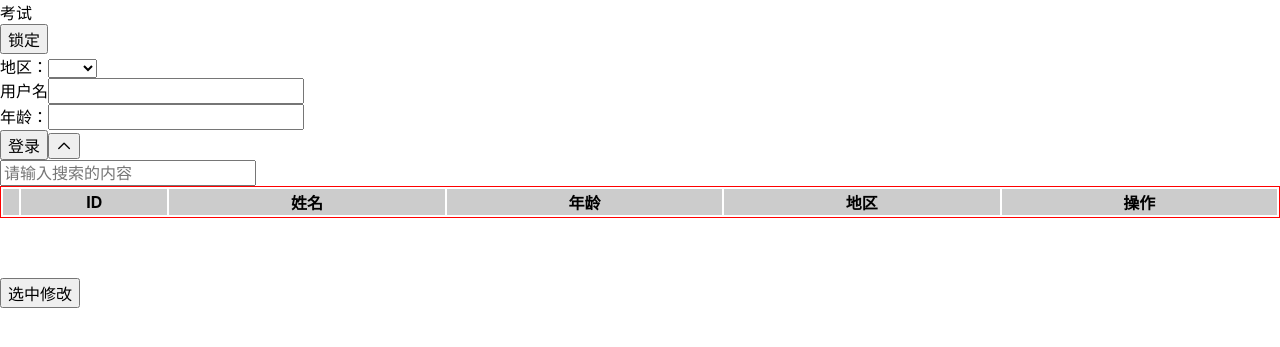
Repository: Sjl-2114/2006z
Page: / (app in A卷/vue-kaoshi/)
These files come from the project's save history. The page is drawn as it stood at one moment and after the next save; the edit follows.
The browser window is 1280 px wide. The pictures show the whole page.
The project was rebuilt for these pictures with package versions that can differ from the ones it lists, and the page was loaded fresh each time.

Above is the page before, as saved 2021-04-28 19:06:03.

### A卷/vue-kaoshi/src/main.js
import Vue from 'vue'
import App from './App.vue'

Vue.config.productionTip = false

import Vant from 'vant';
import 'vant/lib/index.css';

Vue.use(Vant);
new Vue({
  render: h => h(App),
}).$mount('#app')

### A卷/vue-kaoshi/src/App.vue
<template>
  <div>
    考试
    <br />
    <button @click="suo">{{ das }}</button>
    <br />
    <span>地区：</span>
    <select v-model="ss">
      <option
        :value="item.name"
        v-for="(item, index) in list"
        :disabled="isT"
        :key="index"
      >
        {{ item.name }}
      </option>
    </select>
    <br />
    <span>用户名</span>
    <input type="text" v-model="username" :disabled="isT" />
    <br />
    <span>年龄：</span>
    <input type="number" v-model="age" :disabled="isT" />
    <br />
    <button @click="abb" v-if="isShow" :disabled="isT">登录</button>
    <button v-else @click="xiu" :disabled="isT">修改</button>
    <button @click="pai">
      <van-icon name="arrow-up" v-if="is"></van-icon>
      <van-icon name="arrow-down" v-else></van-icon>
    </button>
    <br />
    <input type="text" v-model="keyword" placeholder="请输入搜索的内容" />
    <br />
    <table style="width: 100%" class="table">
      <thead>
        <tr>
          <th></th>
          <th>ID</th>
          <th>姓名</th>
          <th>年龄


          </th>
          <th>地区</th>
          <th>操作</th>
        </tr>
      </thead>
      <tbody>
        <tr
          v-for="(item, index) in lists"
          :key="index"
          :class="{ backcolor: index % 2 }"
        >
          <td>
            <input
              type="checkbox"
              :value="index"
              v-model="checked"
              :disabled="isT"
            />
          </td>
          <td>{{ item.id }}</td>
          <td>{{ item.username }}</td>
          <td>{{ item.age }}</td>
          <td>{{ item.ss }}</td>
          <td>
            <button @click="gai(index)" :disabled="isT">修改</button>
            <button @click="del(index)" :disabled="isT">删除</button>
          </td>
        </tr>
      </tbody>
    </table>
    <br />
    <br />
    <br />
    <div>
      <button @click="xuan" :disabled="isT">选中修改</button>
    </div>
  </div>
</template>
<script>
import data from "../public/data.json";
export default {
  data() {
    return {
      keyword: "",
      das: "锁定",
      list: data.data,
      username: "",
      age: "",
      isShow: true,
      goods: [],
      num: 1,
      ss: "",
      time: 4,
      userIndex: "",
      checked: [],
      isT: false,
      is: 2,
    };
  },
  methods: {
    abb() {
      let obj = {
        username: this.username,
        age: this.age,
        isShow: this.isShow,
        id: this.num++,
        ss: this.ss,
      };

      this.goods.push(obj);
      this.username = "";
      this.age = "";
      this.ss = "";
    },
    del(index) {
      this.goods.splice(index, 1);
    },
    gai(index) {
      let data = this.goods[index];

      this.isShow = false;
      this.username = data.username;
      this.age = data.age;
      this.ss = data.ss;
      this.userIndex = index;
    },
    xiu() {
      console.log(this.goods[this.userIndex]);
      this.goods[this.userIndex].username = this.username;
      this.goods[this.userIndex].age = this.age;
      this.goods[this.userIndex].ss = this.ss;
      this.isShow = true;
      this.username = "";
      this.age = "";
      this.ss = "";
    },
    xuan() {
      this.checked
        .sort((a, b) => {
          return b - a;
        })
        .forEach((item) => {
          this.goods.splice(item, 1);
        });
      this.checked = [];
    },
    suo() {
      if (this.das == "锁定") {
        let timer = setInterval(() => {
          this.time--;
          this.das = this.time + "秒后可以解锁";
          this.isT = true;
          if (this.time == 0) {
            clearInterval(timer);
            this.das = "解锁";
            this.time = 4;
          }
        }, 1000);
      } else {
        this.das = "锁定";
        this.isT = false;
      }
    },
    pai() {
      if (this.is == 1) {
        this.is = 2;
      } else {
        this.is = 1;
      }
    },
  },
  computed: {
    lists() {
      let goods = this.goods;
      if (this.is != 0) {
        goods = goods.sort((a, b) => {
          return(
            this.is ==2 ? b.age - a.age: a.age - b.age
          )
        });
      }
      goods = goods.filter((item) => {
        return (
          item.username.indexOf(this.keyword) > -1 ||
          item.ss.indexOf(this.keyword) > -1
        );
      });

      return goods;
    },
  },
};
</script>
<style>
.table {
  text-align: center;
  border: 1px solid red;
}
thead {
  background: #ccc;
}
td {
  border: 1px solid #ccc;
}
.backcolor {
  background: #008800;
}
</style>

### A卷/vue-kaoshi/public/data.json
{
  "data": [
    {
      "id": 1,
      "name": "北京"
    },
    {
      "id": 2,
      "name": "上海"
    },
    {
      "id": 3,
      "name": "广州"
    },
    {
      "id": 4,
      "name": "成都"
    }
  ]
}

Loaded but not shown: A卷/vue-kaoshi/public/index.html (common file)

After the next save:
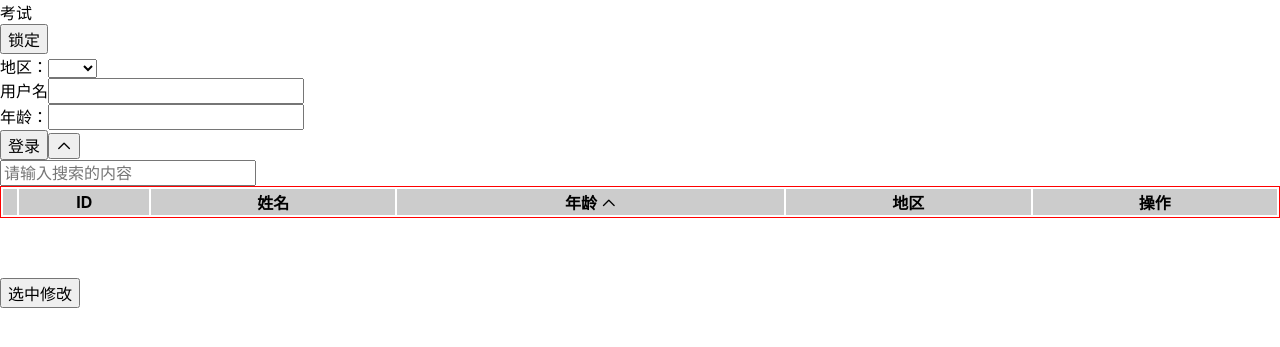
Saved 5 s later.
--- a/A卷/vue-kaoshi/src/App.vue
+++ b/A卷/vue-kaoshi/src/App.vue
@@ -38,7 +38,8 @@
           <th>ID</th>
           <th>姓名</th>
           <th>年龄
-
+            <van-icon name="arrow-up" v-if="is"></van-icon>
+            <van-icon name="arrow-down" v-else></van-icon>
 
           </th>
           <th>地区</th>
